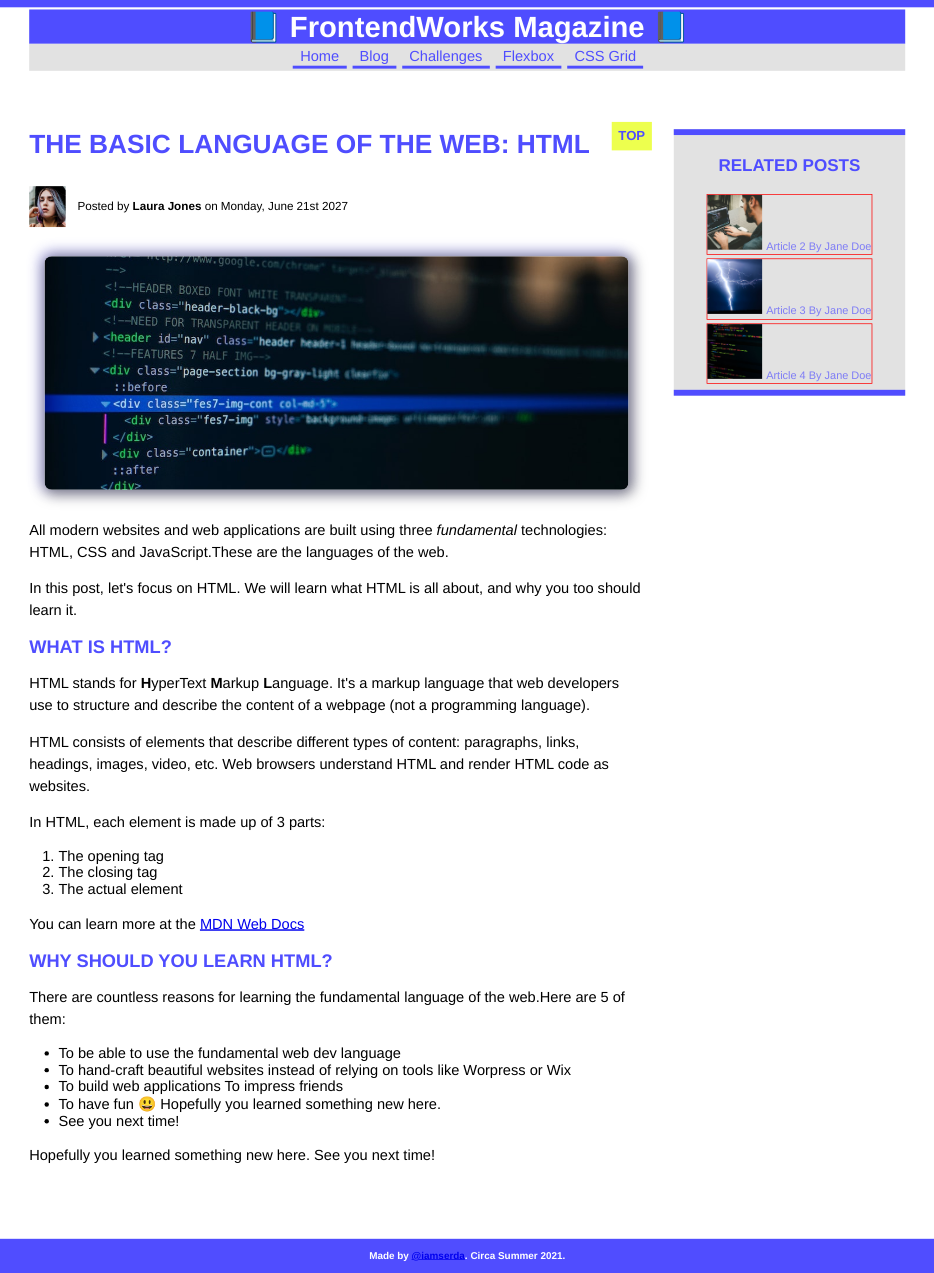
Repository: iamserda/html-css-course
Page: starter/02-HTML-Fundamentals/index.html
An editor plug-in stored every save of this project. The page is shown before and after the next save, followed by the edit.
The browser window is 1280 px wide. The pictures show the whole page, at 73% of full size.

Above is the page before, as saved 2021-07-18 17:09:21.

### starter/02-HTML-Fundamentals/index.html
<!DOCTYPE html>
<html lang="en">

<head>
    <meta charset="UTF-8" />
    <meta http-equiv="X-UA-Compatible" content="IE=edge" />
    <meta name="viewport" content="width=device-width, initial-scale=1.0" />
    <title>HTML Fundamentals by Laura Jones</title>
    <link href="index.css" rel="stylesheet" />
</head>

<body class="container-col">
    <header>
        <h1 class="brandname">📘 FrontendWorks Magazine 📘</h1>
        <nav>
            <ul>
                <li><a href="index.html">Home</a></li>
                <li><a href="blog/">Blog</a></li>
                <li><a href="challenges/">Challenges</a></li>
                <li><a href="https://css-tricks.com/snippets/css/a-guide-to-flexbox/" target="_blank">Flexbox</a></li>
                <li><a href="https://css-tricks.com/snippets/css/complete-guide-grid/" target="_blank">CSS Grid</a></li>
            </ul>
        </nav>
    </header>
    <main class="container-row">
        <section>
            <article>
                <header class="article-meta">
                    <h1 class="post-title">The Basic Language of the Web: HTML</h1>
                    <div class="author">
                        <img class="author-pic" src="img/laura-jones.jpg" alt="photo of author laura jones" />
                        <p>Posted by <strong>Laura Jones</strong> on Monday, June 21st 2027</p>
                    </div>
                </header>
                <div class="article-content">
                    <img class="post-image" src="img/post-img.jpg" alt="displaying html code." />
                    <p> All modern websites and web applications are built using three
                        <em>fundamental</em> technologies: HTML, CSS and JavaScript.These are the languages of the web.
                    </p>
                    <p>
                        In this post, let's focus on HTML. We will learn what HTML is all about, and why you too should
                        learn it.
                    </p>

                    <h2>What is HTML?</h2>

                    <p>
                        HTML stands for <b>H</b>yperText <b>M</b>arkup <b>L</b>anguage. It's a markup language that web
                        developers use to structure and describe the content of a webpage (not a programming language).
                    </p>

                    <p>
                        HTML consists of elements that describe different types of content: paragraphs, links, headings,
                        images, video, etc. Web browsers understand HTML and render HTML code as websites.
                    </p>

                    <p>In HTML, each element is made up of 3 parts:</p>
                    <ol>
                        <li>The opening tag</li>
                        <li>The closing tag</li>
                        <li>The actual element</li>
                    </ol>
                    <p>
                        You can learn more at the
                        <a href="https://developer.mozilla.org/en-US/" target="_blank">MDN Web Docs</a>
                    </p>
                    <h2>Why should you learn HTML?</h2>
                    <p>There are countless reasons for learning the fundamental language of the web.Here are 5 of them:
                    </p>
                    <ul>
                        <li>To be able to use the fundamental web dev language</li>
                        <li>To hand-craft beautiful websites instead of relying on tools like Worpress or Wix</li>
                        <li>To build web applications To impress friends</li>
                        <li>To have fun 😃 Hopefully you learned something new here.</li>
                        <li>See you next time!</li>
                    </ul>
                    <p>Hopefully you learned something new here. See you next time!</p>
                </div>
            </article>
        </section>
        <aside class="container-col">
            <h3>Related Posts</h3>
            <div class="related">
                <a href="#">
                    <img src="img/related-1.jpg" alt="a programmer writing code." />
                    <p>Article 2 By Jane Doe</p>
                </a>
            </div>
            <div class="related ">
                <a class="container-row" href="#article3">
                    <img src="img/related-2.jpg" alt="a programmer writing code." />
                    <p>Article 3 By Jane Doe</p>
                </a>
            </div>
            <div class="related container-row">
                <a href="#article4">
                    <img src="img/related-3.jpg" alt="a programmer writing code." />
                    <p>Article 4 By Jane Doe</p>
                </a>
            </div>
        </aside>
    </main>
    <footer>
        <p>Made by <a href="https://twitter.com/iamserda">@iamserda</a>. Circa Summer 2021.</p>
    </footer>
</body>

</html>

### starter/02-HTML-Fundamentals/index.css
* {
    box-sizing: border-box;
}

html {
    font-size: 16px;
    min-height: 100vh;
}

html,
body {
    margin: 0;
    padding: 0;
    height: 100%;
}

body {
    font-family: Helvetica, Arial, sans-serif;
    font-size: 1.25rem;
}

body>header {
    border-top: 10px solid rgb(80, 77, 255);
    padding-top: 0.125em;
}

main {
    margin-top: 4em;
    min-width: 540px;
    max-width: 1200px;
    margin-bottom: 4em;
}



h1,
h2,
h3,
h4,
h5,
h6 {
    color: rgb(79, 77, 255);
    text-transform: uppercase;
}

h2 {
    font-size: 1.25em;
}

main,
.brandname,
nav {
    width: 100%;
    max-width: 1200px;
    margin-left: auto;
    margin-right: auto;
}

.brandname,
nav {
    margin-top: 0;
    margin-bottom: 0;
}

.brandname {
    font-size: 2.5rem;
    text-transform: capitalize;
    text-align: center;
    color: white;
    background-color: rgb(79, 77, 255);
}

p {
    line-height: 1.5;
}

nav {
    margin-top: 0;
    background-color: rgb(226, 226, 226);
}

nav ul {
    padding: 0.125em;
    margin: 0 auto;
    width: fit-content;

}

nav li {
    list-style: none;
    border-bottom: 4px solid rgb(79, 77, 255);
    padding: 0.125em 0.5em;
    margin-left: 0.125em;
    display: inline-block;
    color: rgb(79, 77, 255);
}

nav a {
    display: block;
    text-decoration: none;
    color: inherit;
    width: 100%;
    height: auto;
}

nav li:hover {
    background-color: rgb(79, 77, 255);
    border-bottom: 4px solid white;
    color: white;
}

nav li:hover a {
    color: white;
}

main section {
    width: 80%;
    margin-right: 2em;
}

aside {
    width: 30%;
    max-width: 500px;
    margin-right: auto;
    background-color: rgb(226, 226, 226);
    padding: 0.25em;
    height: fit-content;
    border-top: 8px solid rgb(80, 77, 255);
    border-bottom: 8px solid rgb(80, 77, 255);
}

aside h3 {
    text-align: center;
}

footer {
    background-color: rgb(80, 77, 255);
    margin-top: auto;
}

footer p {
    font-size: 0.85rem;
    color: white;
    text-align: center;
    max-width: 500px;
    margin-left: auto;
    margin-right: auto;
    font-weight: bold;
}

/* Layout */
.container-row {
    display: flex;
    flex-flow: row nowrap;
}

.container-col {
    display: flex;
    flex-flow: column nowrap;
}

.article-meta {
    margin-bottom: 1em;
}

.author {
    display: flex;
    flex-flow: row nowrap;
    width: 100%;
    justify-content: flex-start;
    font-size: 1rem;
}

.related {
    margin: 0.125em auto;
    border: 1px solid red;
}

.related a {
    display: block;
    width: 100%;
    text-decoration: none;
    color: rgba(80, 77, 255, 0.678);
}

.related img {
    max-width: 75px;
    height: auto;
}

.related p {
    display: inline;
    font-size: 0.75em;
}

.post-title {
    color: rgb(79, 77, 255);
    text-align: left;
    font-size: 2.25rem;
    margin-top: 0;
    position: relative;
}

.post-title::after {
    content: "TOP";
    font-size: 1.125rem;
    background-color: rgb(237, 255, 78);
    padding: 0.5em;
    position: absolute;
    top: -10px;
    right: -10px;
}

.post-image {
    display: block;
    width: 100%;
    max-width: 800px;
    min-width: 400px;
    height: auto;
    box-shadow: 0 0 18px 2px rgba(0, 0, 0, 0.5);
    box-shadow: 3px 3px 18px 4px rgba(26, 26, 26, 0.507),
        -3px -3px 18px 4px rgba(80, 77, 255, 0.295);
    border-radius: 10px;
    margin: 2em auto;
    object-fit: cover;
}

.author-pic {
    width: 100%;
    max-width: 50px;
    margin-right: 1em;
}

After the next save:
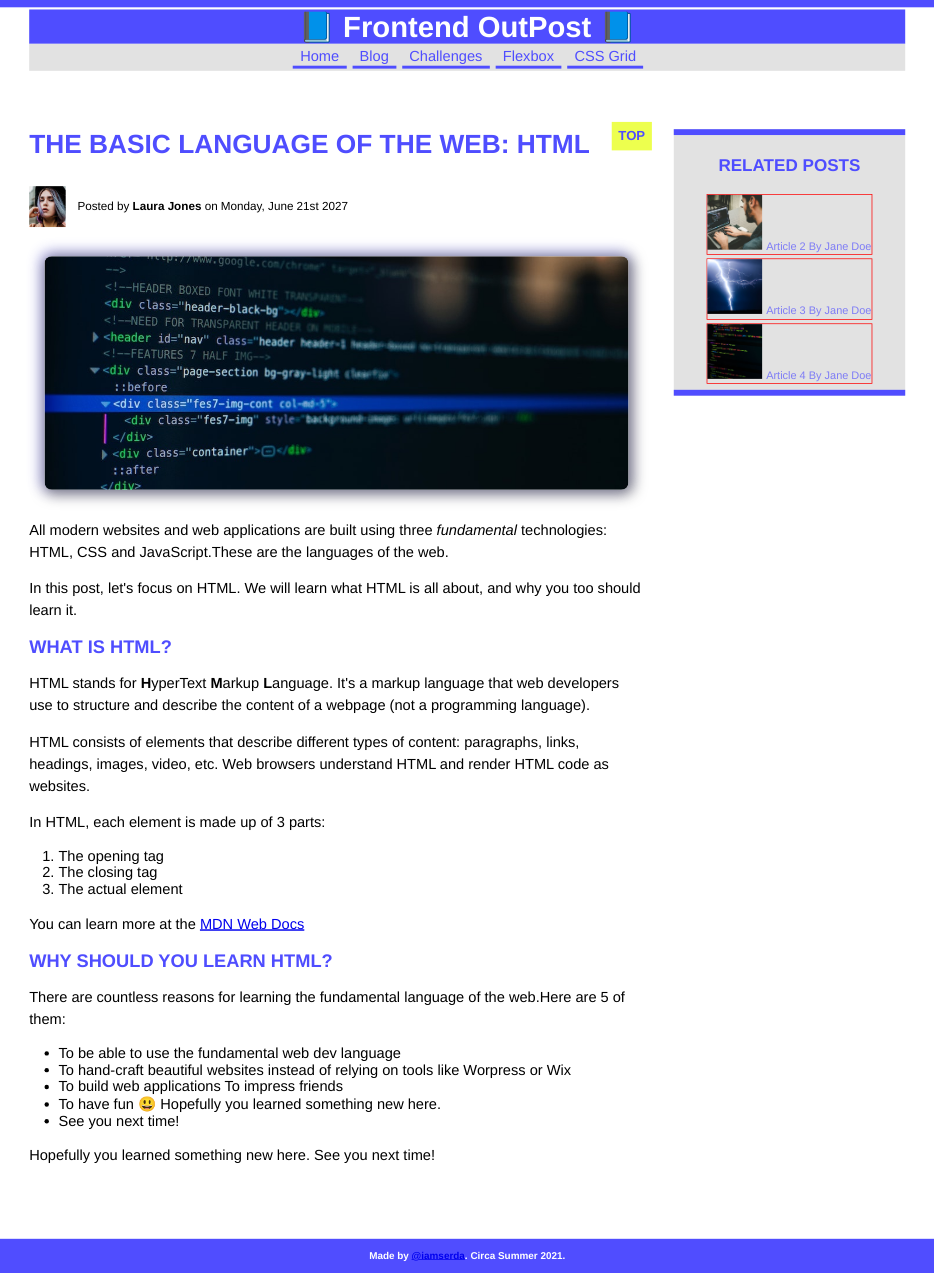
Saved 60 s later.
--- a/starter/02-HTML-Fundamentals/index.html
+++ b/starter/02-HTML-Fundamentals/index.html
@@ -11,7 +11,7 @@
 
 <body class="container-col">
     <header>
-        <h1 class="brandname">📘 FrontendWorks Magazine 📘</h1>
+        <h1 class="brandname">📘 Frontend OutPost 📘</h1>
         <nav>
             <ul>
                 <li><a href="index.html">Home</a></li>
